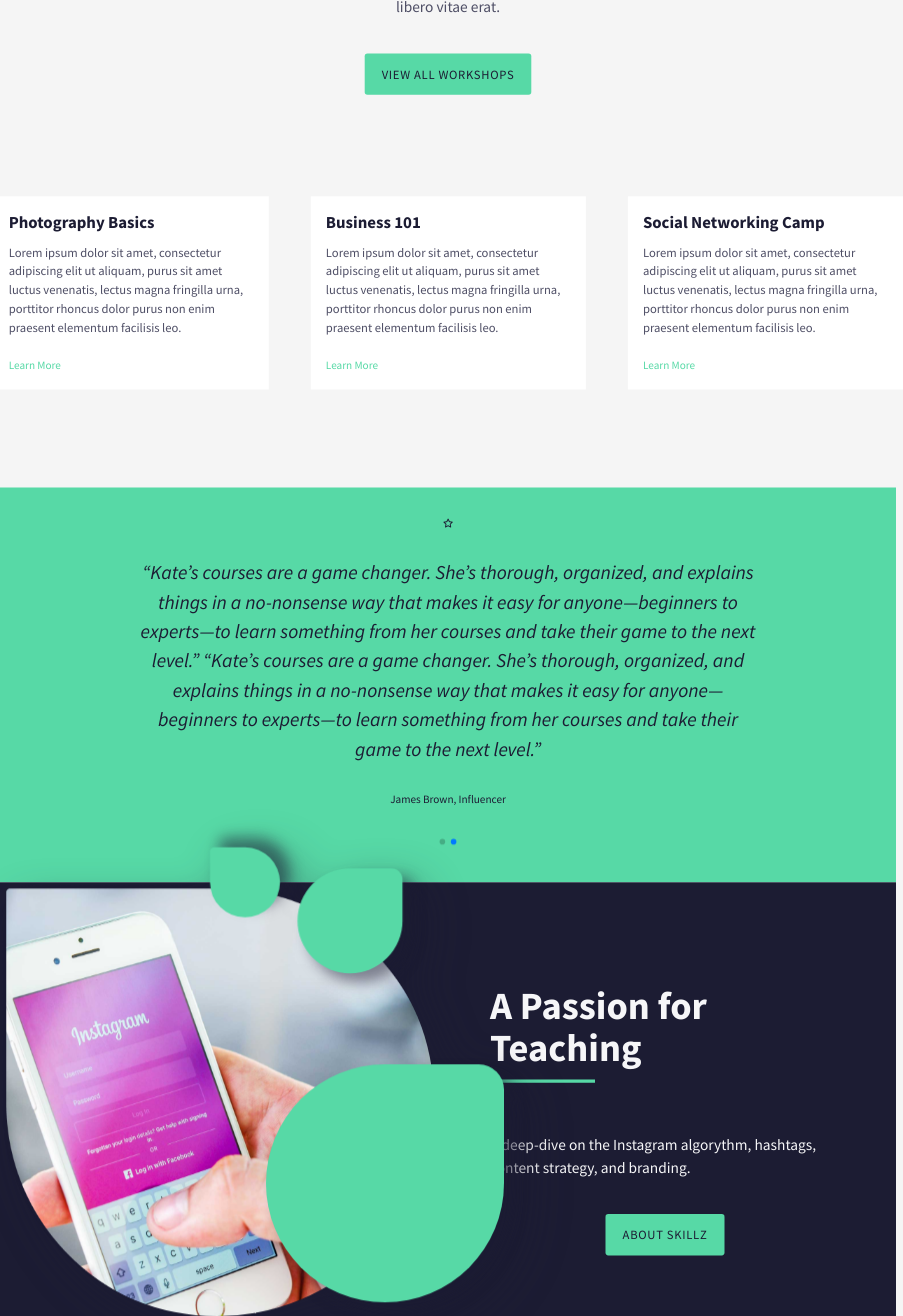
Repository: saidabbasun/skillz
Page: /
These files come from the project's save history. The page is drawn as it stood at one moment and after the next save; the edit follows.
The browser window is 1280 px wide. The page is 1290 px wide, so the pictures cover 1290 px, including what lies to the right of the window. The pictures show the part of the page from y = 3269 to 5149 px (the page is 5149 px tall), at 70% of full size.
The project was rebuilt for these pictures with package versions that can differ from the ones it lists, and the page was loaded fresh each time.

Above is the page before, as saved 2022-06-13 18:52:06.

### public/index.html
<!DOCTYPE html>
<html lang="en">
  <head>
    <meta charset="utf-8" />

    <meta name="viewport" content="width=device-width, initial-scale=1" />
    <meta name="theme-color" content="#000000" />
    <link rel="stylesheet" href="https://unicons.iconscout.com/release/v4.0.0/css/line.css">
    <link rel="stylesheet" href="path/to/font-awesome/css/font-awesome.min.css">
    <title>React App</title>
  </head>
  <body>

    <div id="root"></div>

  </body>
</html>

### src/index.js
import React from 'react';
import ReactDOM from 'react-dom/client';
import { BrowserRouter } from "react-router-dom";
import App from './App';


const root = ReactDOM.createRoot(document.getElementById('root'));
root.render(
  <BrowserRouter>
    <App />
  </BrowserRouter>
);

### src/App.js
import About from './Components/About';
import Courses from './Components/Courses/Courses';
import Header from './Components/Header';
import Home from './Components/Home';
import Workshops from './Components/Workshops/Workshops';
import './styles/Globl/collection.scss';

function App() {
  return (
    <div>
    <Header/>
    <Home/>
    <Courses/>
    <Workshops/>
    <About/>
    </div>
  );
}

export default App;

### src/Components/About.jsx
import React from "react";
import { Link } from "react-router-dom";
const About = () => {
  return (
    <div className="container">
      <div className="contactUs  About">
        <div className="contactLeftWrap">
          <div className="waveLine"></div>
          <div className="bgRectangle">
            <div className="Rectangle1"></div>
            <div className="Rectangle2"></div>
            <div className="Rectangle3"></div>
          </div>
        </div>

        <div className="contactRightWrap">
          <div className="homeTitle">
            A Passion for Teaching
            <hr className="contactHr" />
          </div>

          <p className="homeText contactText">
            A deep-dive on the Instagram algorythm, hashtags, content strategy,
            and branding.
          </p>

          <Link to={`/`} className="homeBtn">
            About Skillz
          </Link>
        </div>
      </div>
    </div>
  );
};

export default About;

### src/Components/Courses/Courses.jsx
import React from "react";
import {Link} from 'react-router-dom'
import Cart from "./Cart";
import ContactUs from '../../assets/images/Contact.png'

const Courses = () => {
  return (
    <div className="container">
        <div className="coursesWrap">

      <div className="coursesTitle">Featured Courses
      <hr className="coursesHr" />
      </div>

      <div className="coursesText">
        Lorem ipsum dolor sit amet, consectetur adipiscing elit. Suspendisse
        varius enim in eros elementum tristique. Duis cursus, mi quis viverra
        ornare, eros dolor interdum nulla, ut commodo diam libero vitae erat.
      </div>
      <Link to={`/`} className="homeBtn ">
      View All Courses
                </Link>
        </div>
        <div className="cartWrap">
       <Cart />
       <Cart/>
       <Cart/>
        </div>
        <div className="contactUs">
          <div className="contactLeftWrap">
          <img src={ContactUs} className='contactImg' alt="Contact us" />
          </div>

          <div className="contactRightWrap">
          <div className='homeTitle'>Get personalized learning recommendations
          <hr className="contactHr" />
          </div>


                <p className="homeText contactText">Lorem ipsum dolor sit amet, consectetur adipiscing elit ut aliquam, purus sit amet luctus venenatis, lectus magna fringilla urnaLorem ipsum dolor sit amet.</p>

                <Link to={`/`} className="homeBtn">
                Contact Us
                </Link>
            </div>
          </div>
        </div>

  );
};

export default Courses;

### src/Components/Header.jsx
import React from 'react'

import { Link } from 'react-router-dom';
import Logo from '../assets/images/Logo.svg';
const Header = () => {
  return (
    <div>
        <div className="topDiscount">
            <p>One week only—50% off all courses with code 50OFF at checkout</p>
        </div>
        <div className="container">
            <div className="navbar">
                <Link  to={`/`}>
                <img src={Logo} alt="logo" />
                </Link>
                <div className="navbarNav">
                    <div className="navItem">
                        <Link  to={`/`} className='navLink'>Courses</Link>
                    </div>
                    <div className="navItem">
                        <Link  to={`/`} className='navLink'>Free Workshops</Link>
                    </div>
                    <div className="navItem">
                        <Link  to={`/`} className='navLink'>Blog</Link>
                    </div>
                    <div className="navItem">
                        <Link  to={`/`} className='navLink'>About</Link>
                    </div>
                    <div className="navItem">
                        <Link  to={`/`} className='navLink'>Contact</Link>
                    </div>
                </div>
                <div className="storWrapper">
                <Link  to={`/`}>
                <i className ="uil uil-shopping-cart stor"></i>
                </Link>
                     <div className="count">
                        <p>0</p>
                     </div>
                </div>
            </div>
        </div>
    </div>
  )
}

export default Header

### src/Components/Home.jsx
import React from 'react'
import { Link } from 'react-router-dom'

const Home = () => {
  return (
    <div className='container'>
        <div className="row">
            <div className="col5">
                <div className="CourseHome">
                    Featured Course
                </div>
                <p className='homeTitle'>Run your own online learning platform</p>
                <p className="homeText">A deep-dive on the Instagram algorythm, hashtags, content strategy, and branding.</p>
                <p className="homeAfter">Kathryn Murphy</p>
                <Link to={`/`} className="homeBtn">
                Learn More
                </Link>
            </div>
            <div className="col7">
            <div className="waveLine"></div>
                <div className="bgRectangle">

                    <div className="Rectangle1"></div>
                    <div className="Rectangle2"></div>
                    <div className="Rectangle3"></div>


                </div>
            </div>
        </div>

    </div>
  )
}

export default Home

### src/Components/Workshops/Workshops.jsx
import React from 'react'
import {Link} from 'react-router-dom';
import { Swiper, SwiperSlide } from "swiper/react";
import "swiper/css";
import "swiper/css/pagination";
import "swiper/css/navigation";

// import required modules
import { Autoplay, Pagination } from "swiper";


const Workshops = () => {

   const  listCart=[
    'Photography Basics' ,
'Business 101',
'Social Networking Camp']
  return (
    <>
    <div className='container'>
         <div className=" workshopsWrap">

<div className="coursesTitle Title ">Upcoming Free Workshops
<hr className="coursesHr" />
</div>

<div className="coursesText Text">
  Lorem ipsum dolor sit amet, consectetur adipiscing elit. Suspendisse
  varius enim in eros elementum tristique. Duis cursus, mi quis viverra
  ornare, eros dolor interdum nulla, ut commodo diam libero vitae erat.
</div>
<Link to={`/`} className="homeBtn ">
View All Workshops
          </Link>
  </div>
    </div>
    <div className="cartWrap workshopsCart">
   {listCart.map((data ,ind)=>(

       <div key={ind} className="cart">
           <p className="cartTitle">
           {data}
           </p>
           <p className="cartText">
           Lorem ipsum dolor sit amet, consectetur adipiscing elit ut aliquam, purus sit amet luctus venenatis, lectus magna fringilla urna, porttitor rhoncus dolor purus non enim praesent elementum facilisis leo.
           </p>
           <Link to={`/`} className='cartLink'>Learn More</Link>

   </div>
   ))}
   </div>
   <div className="caruselWrapper">
   <Swiper
        spaceBetween={50}
        centeredSlides={true}
        autoplay={{
          delay: 3500,
          disableOnInteraction: false,
        }}
        pagination={{
          clickable: true,
        }}

        modules={[Autoplay, Pagination]}
        className="mySwiper"
      >
        <SwiperSlide>
        <i className="uil uil-star"></i>
            <div className="caruselText">


            “Kate’s courses are a game changer. She’s thorough, organized, and explains things in a no-nonsense way that makes it easy for anyone—beginners to experts—to learn something from her courses and take their game to the next level.”
            </div>
            <div className="caruselAfter">
            James Brown, Influencer
            </div>
        </SwiperSlide>
        <SwiperSlide>
        <i className="uil uil-star"></i>
        <div className="caruselText">

                        “Kate’s courses are a game changer. She’s thorough, organized, and explains things in a no-nonsense way that makes it easy for anyone—beginners to experts—to learn something from her courses and take their game to the next level.”

            “Kate’s courses are a game changer. She’s thorough, organized, and explains things in a no-nonsense way that makes it easy for anyone—beginners to experts—to learn something from her courses and take their game to the next level.”
            </div>
            <div className="caruselAfter">
            James Brown, Influencer
            </div>
        </SwiperSlide>

      </Swiper>
   </div>
    </>
  )
}

export default Workshops

### src/styles/Globl/collection.scss
@import './globl';
@import './variables.scss';
@import './mixin';
@import '../Globl/font-face.scss';
@import '../Header.scss';
@import '../Home.scss';
@import '../Courses.scss';
@import '../Workshops.scss';
@import '../About.scss';

### src/Components/Courses/Cart.jsx
import React from 'react'
import {Link} from 'react-router-dom';
import Course from '../../assets/images/Course1.png'
const Cart = () => {
  return (
    <div className='cart'>
   <img className='cartImg' src={Course} alt="img" />
   <div className="cartBody">

      <div className="cartText">
      How to Increase Your Engagement on Instagram
      </div>
      <div className="homeAfter">
      Katie Murphy
      </div>
      <div className="PriceWrap">


      <div className="Price oldPrice">
      $ 59.99 USD
      </div>
      <div className="Price ">
      $ 59.99 USD
      </div>
      </div>
      <Link to={`/`} className='cartLink'>Learn More</Link>
   </div>
    </div>
  )
}

export default Cart

### src/styles/Globl/_globl.scss

@import './variables.scss';
*{
    box-sizing: border-box;
    padding: 0;
    margin: 0;
    font-family:SourceSansProRegular ;
    color: $color_bg_title;
}
body{
    background-color: $color_body;
}
.container{
    margin: 0 auto;


}

### src/styles/Globl/variables.scss
$color_btn:#57D9A6;
$color_body:#F5F5F5;
$color_bg_title:#1C1C33;
$text_footer: #F6F6F8;
$color_text:#4E4E65;
$color_white:#FFFFFF;
$color_cartBg:#FC5468;
$rastangle_size:100px;

### src/styles/Globl/_mixin.scss
@import '../Globl/variables.scss';
@mixin flexbox {
    display: flex;
    align-items: center;
}
@mixin Rectangle($radius,$namber) {

 position: absolute;

    width:  calc(#{$rastangle_size}  *#{$namber});
    height:  calc(#{$rastangle_size}  * #{$namber});
     border-radius: 50%;
     border-top-right-radius: $radius;
     background-color: $color_btn;
     box-shadow: 14px 14px 20px rgba(28, 28, 51, 0.5);
}

### src/styles/Globl/font-face.scss


@font-face {
    font-family: SourceSansProRegular;

    src:  url('../../assets/fontFamily/SourceSansPro-Regular.ttf');
  }
  @font-face {
    font-family: SourceSansProBold;

    src:  url('../../assets/fontFamily/SourceSansPro-Bold.ttf');
  }
  @font-face {
    font-family: SourceSansProItalic;

    src:  url('../../assets/fontFamily/SourceSansPro-Italic.ttf');
  }

### src/styles/Header.scss
@import './Globl/variables.scss';
@import './Globl/mixin';
.topDiscount{
    background-color:$color_btn;
    font-weight: 400;
font-size: 18px;
text-align: center;

padding: 8px 0;

}
.navbar{
    @include flexbox;
    background-color:$color_bg_title;
    justify-content:space-between;
    padding: 24px 82px;
}
.navbarNav{
    @include flexbox;
 column-gap: 40px;
}

.navLink{

    font-weight: 400;
font-size: 17px;
    text-decoration: none;
    color: $text_footer;
}
.storWrapper{
    position: relative;
}
.stor{
    color:$color_white;
    font-size: 40px;


}
.count{
    padding:0  6px;
    background-color: $color_cartBg;
    color: $color_white;
    position: absolute;
    border-radius: 50%;
    font-size: 11px;
    line-height: 18px;
    position: absolute;
    top: 3px;
    right: 0;

}

### src/styles/Home.scss
@import './Globl/variables.scss';
@import './Globl/mixin';
.row{

    padding:0 0 120px 82px;
 @include flexbox;

 background-color: $color_bg_title;
}
.col5{
    width: 35%;

    color: $text_footer;
}
.CourseHome{
   width: 150px;
   padding: 7px 0;
    font-weight: 400;
font-size: 16px;
letter-spacing: 1px;
text-transform: uppercase;
color: $text_footer;
border-bottom: 2px solid $color_btn;
}
.homeTitle{
    font-family: SourceSansProBold;
    padding: 59px 0 22px;
    font-weight: 700;
font-size: 55px;
line-height: 60px;
color: $text_footer;
}
.homeText{
    line-height: 33px;
font-weight: 400;
font-size: 22px;
color: $text_footer;
}
.homeAfter{
    margin: 22px 0 48px ;
    font-weight: 400;
font-size: 17px;
line-height: 27px;
color: #B2B2BF;
}
.homeBtn{

    font-weight: 400;
font-size: 18px;
line-height: 27px;
padding: 16px 24px;
letter-spacing: 1px;
text-transform: uppercase;
background-color: $color_btn;
color: $color_bg_title;
text-decoration: none   ;
border-radius: 4px;
}

.col7{
    position: relative;
    width: 60%;

    padding-top: 200px;
}

.bgRectangle{
position: relative;

 margin: 0 auto;
   width:calc(#{$rastangle_size} * 6.2);
    height: calc(#{$rastangle_size}  * 6.2);
    filter: drop-shadow(21px 21px 30px rgba(28, 28, 51, 0.4));
    border-radius: 50%;
    border-top-left-radius: 8px;

    background-image: url(../assets/images/homeImg.png);
}
    .waveLine{
      position: absolute;
      top: 150px;
      left: 90px;
        width: calc(#{$rastangle_size} * 3.5);
        height:calc(#{$rastangle_size}*2.38);
        background-image: url(../assets/images/Line.png);
        background-repeat: repeat-y;
        background-position: center;
    }
    .Rectangle1{
        @include Rectangle(6px,1) ;
      transform: rotate(-90deg);
        top: -50px;
        left: 300px;
    }
    .Rectangle2{
        @include Rectangle(16px,1.5) ;
       top: -20px;
       right: 45px;

    }
    .Rectangle3{
        @include Rectangle(36px,3.4) ;
        right: -100px;
        bottom: 20px;
    }

### src/styles/Courses.scss
@import './Globl/variables.scss';
@import './Globl/mixin';
.coursesWrap{
    background-color: $color_bg_title;
    padding: 80px 82px;
    display: flex;
    justify-content: center;
    flex-direction: column;
    align-items: center;
}
.coursesTitle{
    font-family: SourceSansProBold;
    color:$text_footer ;
    font-weight: 700;
font-size: 44px;
line-height: 53px;

}
.coursesHr{
    margin: 0 auto;
    width: 150px;
    background-color: $color_btn;
    border:2px solid  $color_btn;
    margin-top: 17px;

}
.coursesText{
    font-weight: 400;
font-size: 22px;
line-height: 33px;
color:$text_footer ;
text-align: center;
padding: 50px 400px;

}
.cartWrap{
    display: grid;
    align-items: center;
    grid-template-columns:repeat(3,auto);
    justify-content: center;
    gap: 60px;
    background-color: $color_bg_title;
    padding: 0 82px 140px;

}
.cart{
    width: 393px;
    background-color: $color_white;
}
.cartImg{

    height: 197px;
}
.cartBody{
    padding: 22px 90px 25px 24px;
}
.cartText{
    font-weight: 400;
font-size: 24px;
line-height: 29px;

}
.homeAfter{
    font-weight: 400;
font-size: 17px;
line-height: 27px;
color: $color_text;

}
.PriceWrap{
    display: flex;
    column-gap: 8px;
    padding: 8px 0 15px ;
}
.Price{
    font-weight: 400;
font-size: 22px;


}
.oldPrice{
    color: #B2B2BF;
}
.cartLink{
    font-weight: 400;
font-size: 16px;
line-height: 21px;
color: #57D9A6;
text-decoration: none;
}
.contactUs{
    @include flexbox;
    justify-content: center;
    background-color: $color_bg_title;
}
.contactLeftWrap{
    width: 70%;
}
.contactRightWrap{
    padding: 0 80px;
    @include flexbox;
    justify-content: center;
    flex-direction: column;

    row-gap: 50px;
}
.contactHr{
    width: 150px;
    background-color: $color_btn;
    border: 2px solid $color_btn;
    margin-top: 16px;
}
.contactImg{
    width: 100%;
}
.contactText{

}

### src/styles/Workshops.scss
@import './Globl/variables.scss';
.workshopsWrap{
    padding: 145px 82px;
    display: flex;
    justify-content: center;
    flex-direction: column;
    align-items: center;

    .Title{
        color: $color_bg_title;
    }
    .Text{
        color: $color_text
    }
}
.workshopsCart{
    background-color: transparent;
    .cart{
        padding: 22px 36px 24px 22px;

    }
    .cartTitle{
        font-family: SourceSansProBold;
        font-weight: 700;
font-size: 24px;
line-height: 29px;
    }
    .cartText{
        font-weight: 400;
font-size: 18px;
line-height: 27px;
color: $color_text;
padding: 15px 0 30px;
    }
}
.caruselWrapper{
    padding: 82px 117px 300px  117px;
    background-color: $color_btn;
    padding: 40px 0;
    text-align: center;
}
.caruselText{
    padding: 40px 200px;
    font-weight: 400;
font-size: 28px;
line-height: 42px;
font-family: SourceSansProItalic;
}
.caruselAfter{
    padding-bottom: 70px;
}

### src/styles/About.scss
@import './Globl/variables.scss';


.About{
    .bgRectangleAbout{
        background-image: url(../assets/images/About.png);

    }
}

After the next save:
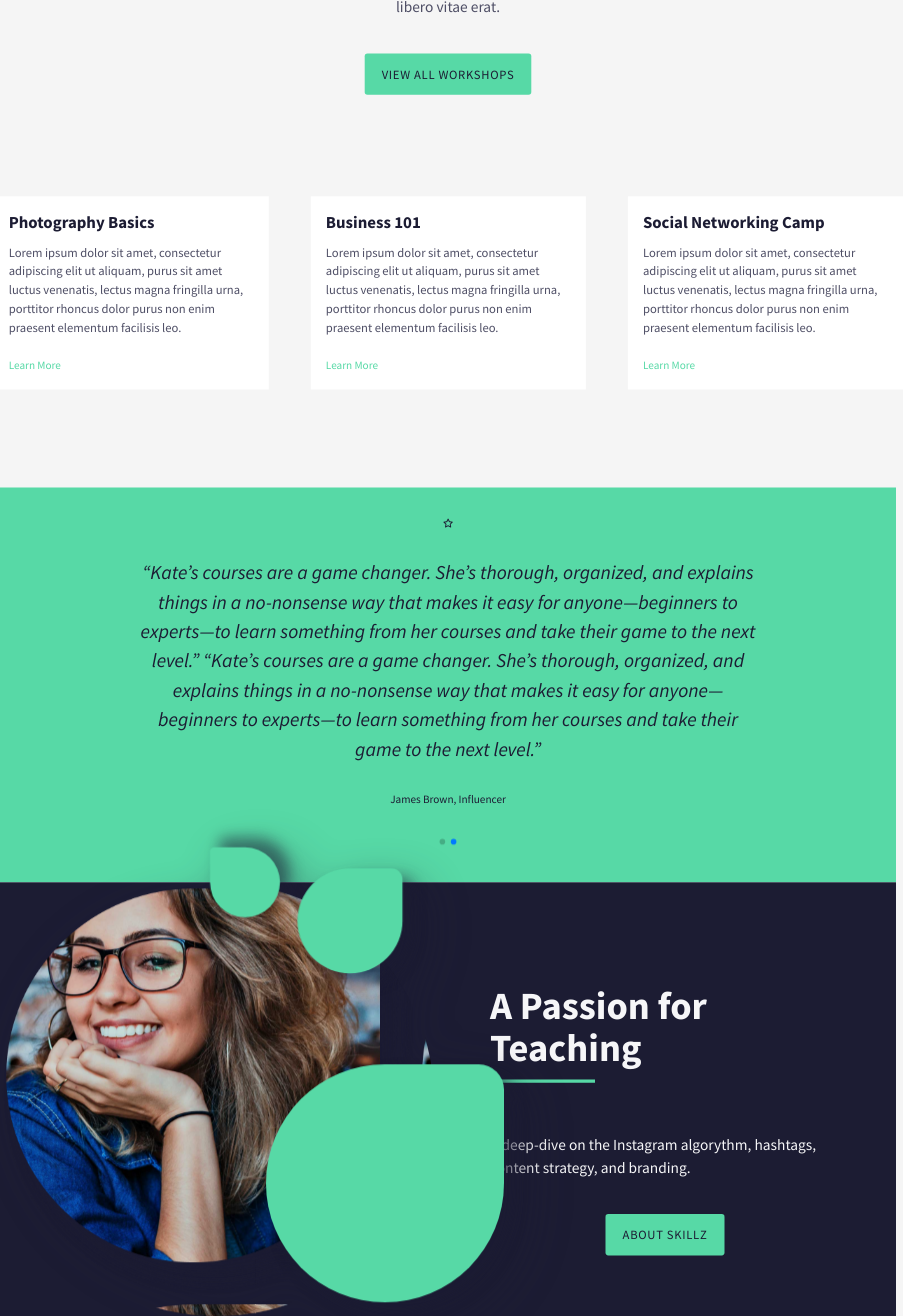
Saved 10 s later.
--- a/src/styles/About.scss
+++ b/src/styles/About.scss
@@ -2,7 +2,7 @@
 
 
 .About{
-    .bgRectangleAbout{
+    .bgRectangle{
         background-image: url(../assets/images/About.png);
 
     }
